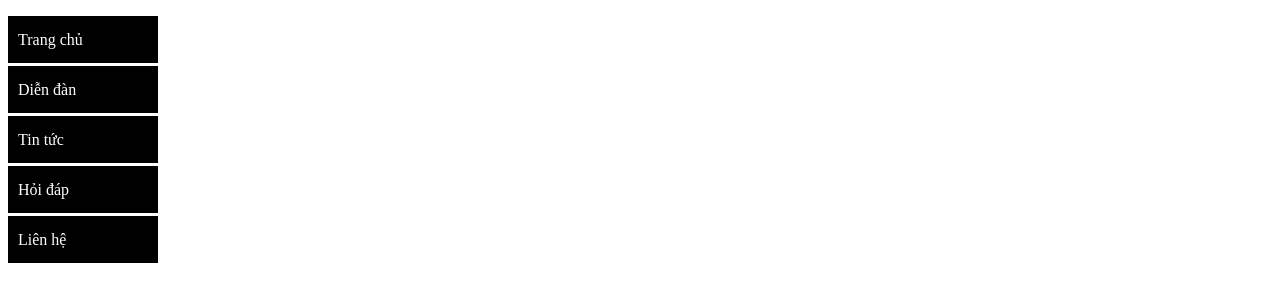
Repository: Tan-Khang21/TH_TKW--Buoi_08
Page: Bai_Tap_Tren_Lop/Bai_02_main/Bai_02_main.html
An editor plug-in stored every save of this project. The page is shown before and after the next save, followed by the edit.
The browser window is 1280 px wide. The pictures show the whole page.

Above is the page before, as saved 2024-03-13 16:08:08.

### Bai_Tap_Tren_Lop/Bai_02_main/Bai_02_main.html
<!DOCTYPE html>
<html lang="en">
  <head>
    <meta charset="UTF-8" />
    <meta name="viewport" content="width=device-width, initial-scale=1.0" />
    <title>Document</title>
  </head>
  <link rel="stylesheet" href="style.css" />
  <body>
    <nav>
      <ul class="list1">
        <li class="list1_item"><a href="#">Trang chủ</a></li>
        <li style="display: flex" class="list1_item">
          <a href="#">Diễn đàn</a>
          <!-- <ul style="display: flex; flex-direction: column" class="list2">
            <li class="list2_item"><a href="#">Sinh viên Hufi</a></li>
            <li style="display: flex" class="list2_item">
              <a href="#"> Sinh viên CNTT</a>
              <ul style="display: flex; flex-direction: column" class="list3">
                <li class="list3_item"><a href="#">Khóa 09DHTH</a></li>
                <li class="list3_item"><a href="#">Khóa 10DHTH</a></li>
              </ul>
            </li>
          </ul> -->
        </li>
        <li style="display: flex" class="list1_item">
          <a href="#"> Tin tức</a>
          <!-- <ul style="display: flex; flex-direction: column" class="list2">
            <li class="list2_item"><a href="#">Học vụ</a></li>
            <li class="list2_item"><a href="#">Điểm rèn luyện</a></li>
            <li class="list2_item"><a href="#">Đoàn thể</a></li>
            <li class="list2_item"><a href="#">Sinh hoạt ngoại khóa</a></li>
          </ul> -->
        </li>
        <li class="list1_item">
          <a href="#"> Hỏi đáp</a>
        </li>

        <li class="list1_item">
          <a href="#">Liên hệ</a>
        </li>
      </ul>
    </nav>
  </body>
</html>

### Bai_Tap_Tren_Lop/Bai_02_main/style.css
* {
  box-sizing: border-box;
}
ul {
  padding: 0;
  list-style: none;
}
/* .list1 {
  width: 150px;
  height: 250px;
} */
.list1_item {
  background-color: black;
  width: 150px;
  height: 50px;
  padding: 10px;
  border-bottom: 3px solid #fff;
  display: flex;
  align-items: center;
}
a {
  color: white;
  text-decoration: none;
}
.list2 {
  position: absolute;
}

After the next save:
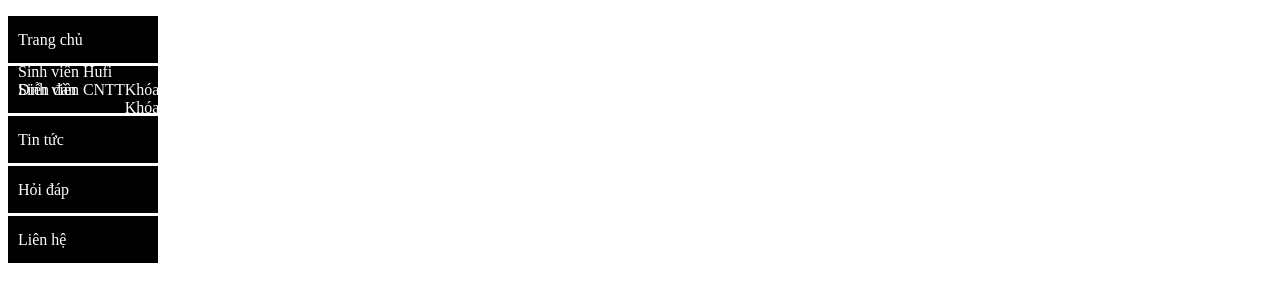
Saved 18 s later.
--- a/Bai_Tap_Tren_Lop/Bai_02_main/Bai_02_main.html
+++ b/Bai_Tap_Tren_Lop/Bai_02_main/Bai_02_main.html
@@ -12,7 +12,7 @@
         <li class="list1_item"><a href="#">Trang chủ</a></li>
         <li style="display: flex" class="list1_item">
           <a href="#">Diễn đàn</a>
-          <!-- <ul style="display: flex; flex-direction: column" class="list2">
+          <ul style="display: flex; flex-direction: column" class="list2">
             <li class="list2_item"><a href="#">Sinh viên Hufi</a></li>
             <li style="display: flex" class="list2_item">
               <a href="#"> Sinh viên CNTT</a>
@@ -21,7 +21,7 @@
                 <li class="list3_item"><a href="#">Khóa 10DHTH</a></li>
               </ul>
             </li>
-          </ul> -->
+          </ul>
         </li>
         <li style="display: flex" class="list1_item">
           <a href="#"> Tin tức</a>
